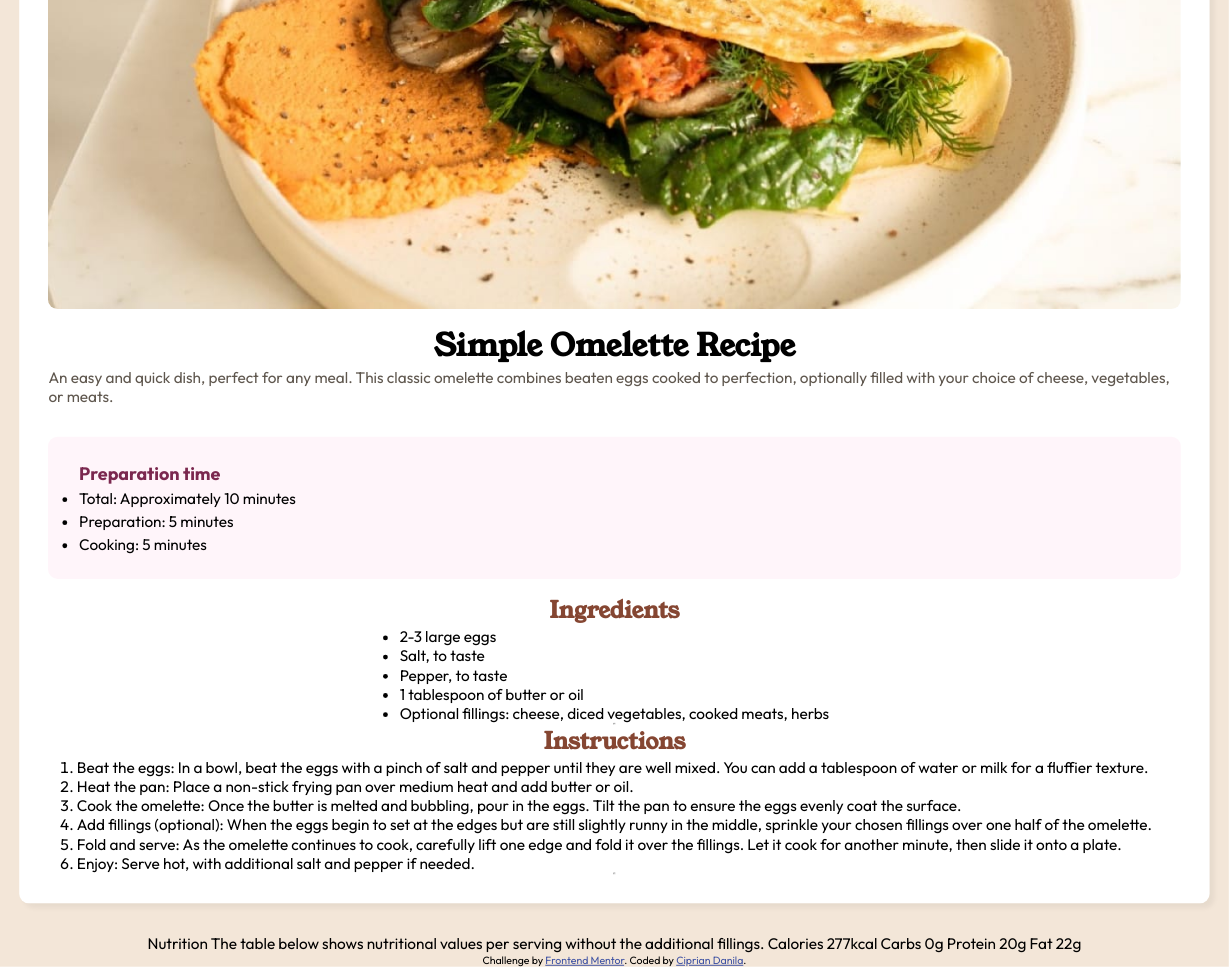
Repository: cipdanila/recipe-page
Page: index.html
These files come from the project's save history. The page is drawn as it stood at one moment and after the next save; the edit follows.
The browser window is 1280 px wide. The pictures show the whole page, at 96% of full size.

Above is the page before, as saved 2024-01-21 16:39:14.

### index.html
<!DOCTYPE html>
<html lang="en">
<head>
  <meta charset="UTF-8">
  <meta name="viewport" content="width=device-width, initial-scale=1.0"> <!-- displays site properly based on user's device -->

  <link rel="icon" type="image/png" sizes="32x32" href="./assets/images/favicon-32x32.png">
  <link rel="stylesheet" href="styles.css">

  <title>Frontend Mentor | Recipe page</title>

</head>
<body>
  <main>
    <div class="container">
      <img src="./assets/images//image-omelette.jpeg" alt="image-omlette">
      <h1>Simple Omelette Recipe</h1>
      <p>
        An easy and quick dish, perfect for any meal. This classic omelette combines beaten eggs cooked
        to perfection, optionally filled with your choice of cheese, vegetables, or meats.
      </p>
      <div class="prep-container">
        <h3>Preparation time</h3>
        <ul>
          <li>Total: Approximately 10 minutes</li>
          <li>Preparation: 5 minutes</li>
          <li>Cooking: 5 minutes</li>
        </ul>
      </div>
      <h2>Ingredients</h2>
      <ul>
        <li>2-3 large eggs</li>
        <li>Salt, to taste</li>
        <li>Pepper, to taste</li>
        <li>1 tablespoon of butter or oil</li>
        <li>Optional fillings: cheese, diced vegetables, cooked meats, herbs</li>
      </ul>
      <hr>
      <h2>Instructions</h2>
      <ol>
        <li>Beat the eggs: In a bowl, beat the eggs with a pinch of salt and pepper until they are well mixed.
          You can add a tablespoon of water or milk for a fluffier texture.</li>
        <li>Heat the pan: Place a non-stick frying pan over medium heat and add butter or oil.</li>
        <li>Cook the omelette: Once the butter is melted and bubbling, pour in the eggs. Tilt the pan to ensure
          the eggs evenly coat the surface.</li>
        <li>Add fillings (optional): When the eggs begin to set at the edges but are still slightly runny in the
          middle, sprinkle your chosen fillings over one half of the omelette.</li>
        <li>Fold and serve: As the omelette continues to cook, carefully lift one edge and fold it over the
          fillings. Let it cook for another minute, then slide it onto a plate.</li>
        <li>Enjoy: Serve hot, with additional salt and pepper if needed.</li>
      </ol>
      <hr>
    </div>
  </main>

  Nutrition

  The table below shows nutritional values per serving without the additional fillings.

  Calories
  277kcal

  Carbs
  0g

  Protein
  20g

  Fat
  22g
  <footer>
    <div class="attribution">
      Challenge by <a href="https://www.frontendmentor.io?ref=challenge" target="_blank" rel="noopener">Frontend Mentor</a>.
      Coded by <a href="https://github.com/cipdanila" target="_blank" rel="noopener noreferrer">Ciprian Danila</a>.
    </div>
  </footer>
</body>
</html>

### styles.css
@import url("https://fonts.googleapis.com/css2?family=Outfit:wght@400;600;700&family=Young+Serif&display=swap");

* {
    margin: 0;
    padding: 0;
    box-sizing: border-box;
}

:root {
    /* Primary Colors */
    --nutmeg: hsl(14, 45%, 36%);            /* h2 */
    --dark-raspberry: hsl(332, 51%, 32%);   /* h3 */
    /* Neutral Colors */
    --white: hsl(0, 0%, 100%);              /* main container */
    --rose-white: hsl(330, 100%, 98%);      /* second container */
    --eggshell: hsl(30, 54%, 90%);          /* body */
    --light-grey: hsl(30, 18%, 87%);        /* shadow */
    --wenge-brown: hsl(30, 10%, 34%);       /* regular font */
    --dark-charcoal: hsl(24, 5%, 18%);      /* bold font */
    /* Fonts */
    --font-heads: 'Young Serif', sans-serif;
    --font-body: 'Outfit', sans-serif;
}

body {
    font-family: var(--font-body);
    font-size: 16px;
    background-color: var(--eggshell);
    display: flex;
    flex-direction: column;
    align-items: center;
    justify-content: center;
    height: calc(100vh - 1px);
    margin: 1.25rem;
}

img {
    max-width: 100%;
}

h1, h2 {
    font-family: var(--font-heads);
}

h2 {
    color: var(--nutmeg);
}

h3 {
    font-family: var(--font-body);
    color: var(--dark-raspberry);
}

p {
    color: var(--wenge-brown);
}

.container {
    background-color: var(--white);
    padding: 1.90rem;
    border-radius: 0.625rem;
    box-shadow: 5px 5px 5px rgba(0, 0, 0, 0.05);
    display: flex;
    flex-direction: column;
    align-items: center;
    margin-bottom: 2rem;
}

.container img {
    border-radius: 0.625rem;
    margin-bottom: 1rem;
}

.prep-container {
    width: 100%;
    display: flex;
    flex-direction: column;
    align-items: flex-start;
    background-color: var(--rose-white);
    border-radius: 0.625rem;
    margin: 2rem auto 1rem;
    padding: 1.5rem 2rem;
    line-height: 1.5;
}

.attribution {
    font-size: 11px;
    text-align: center;
}

.attribution a {
    color: hsl(228, 45%, 44%);
}

@media (min-width: 375px) {
/**/
}

After the next save:
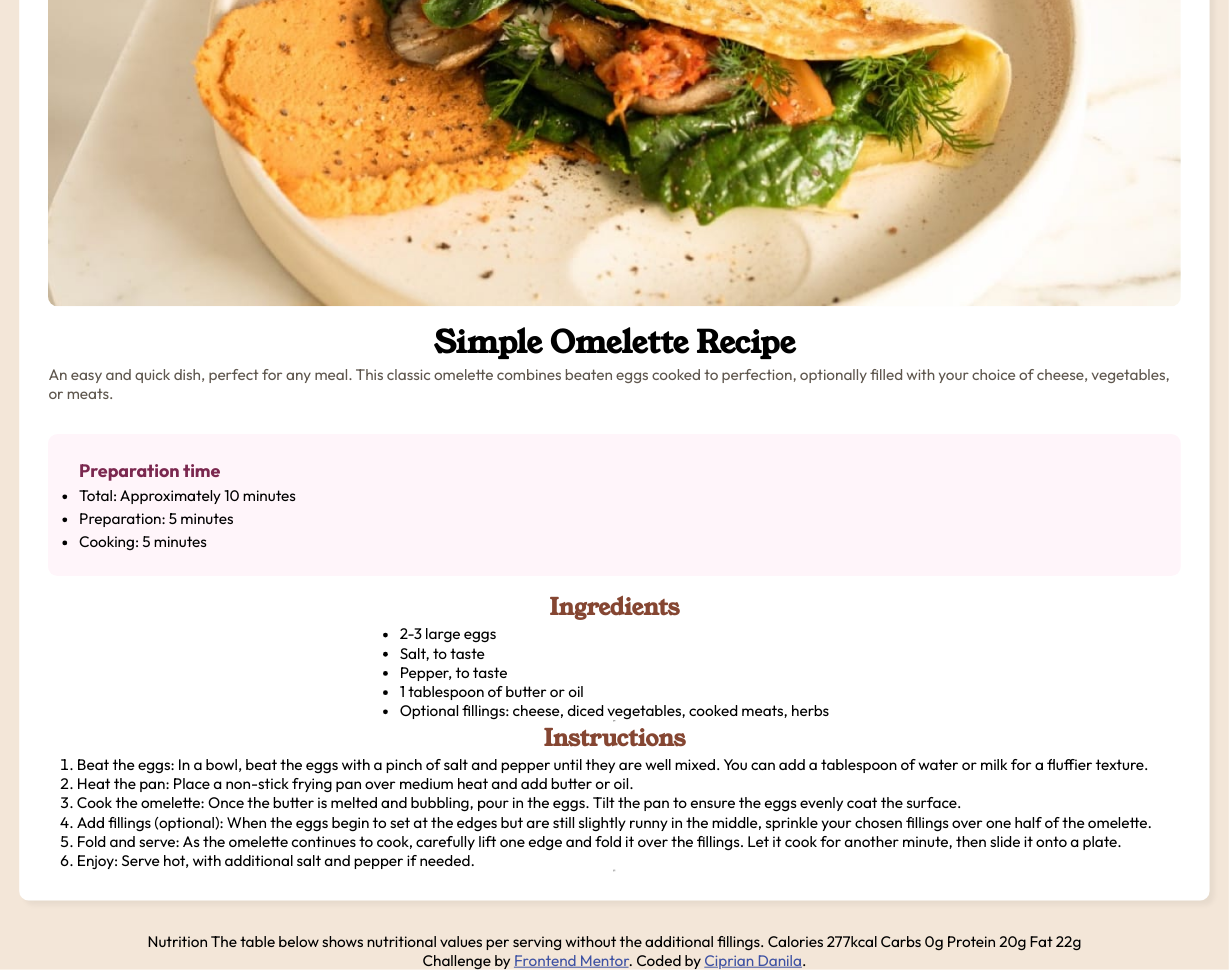
Saved 68 s later.
--- a/styles.css
+++ b/styles.css
@@ -83,6 +83,8 @@
     line-height: 1.5;
 }
 
+.prep-container
+
 .attribution {
     font-size: 11px;
     text-align: center;

After the save that followed:
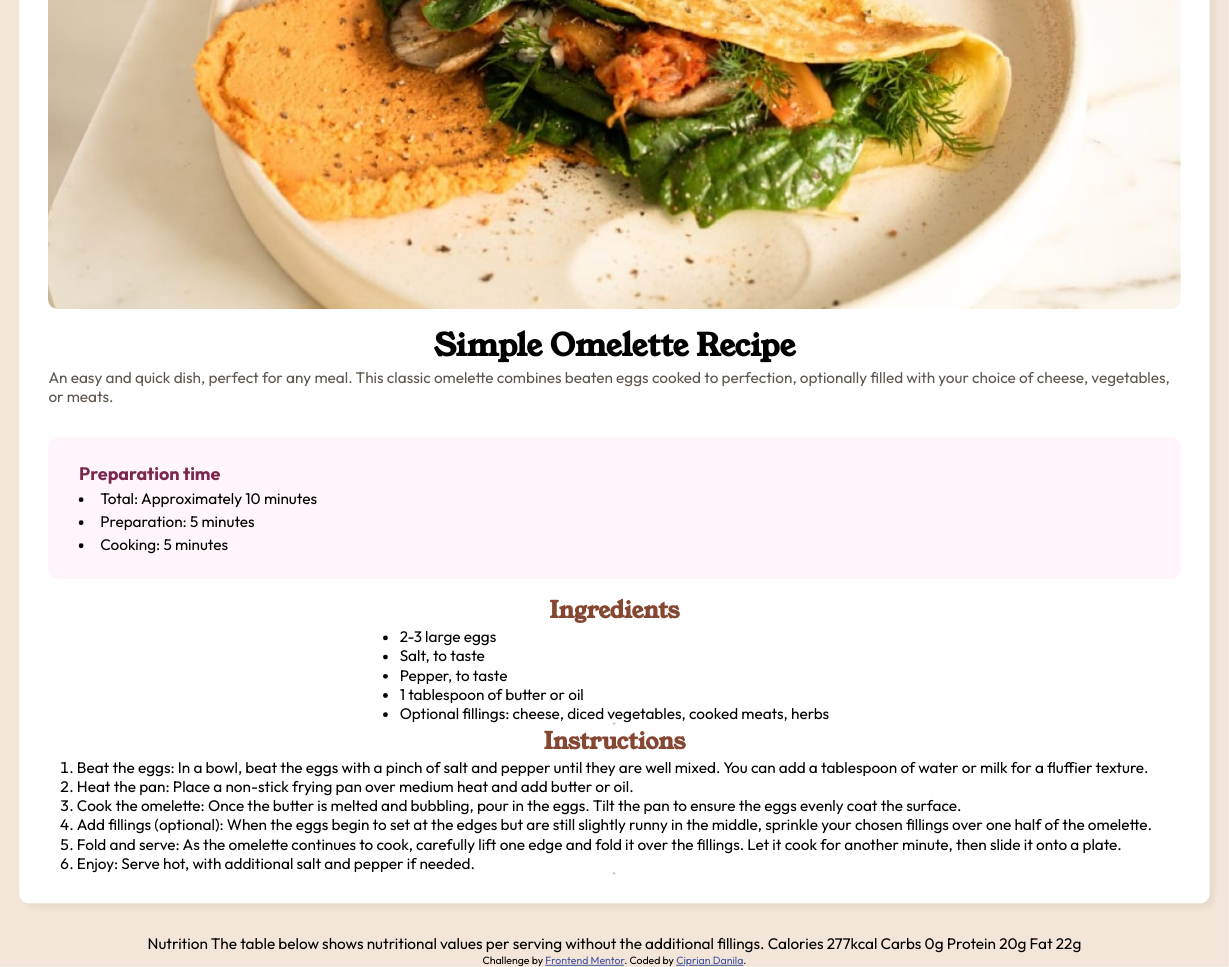
Saved 10 s later.
--- a/styles.css
+++ b/styles.css
@@ -83,7 +83,9 @@
     line-height: 1.5;
 }
 
-.prep-container
+.prep-container ul {
+    list-style-position: inside;
+}
 
 .attribution {
     font-size: 11px;
